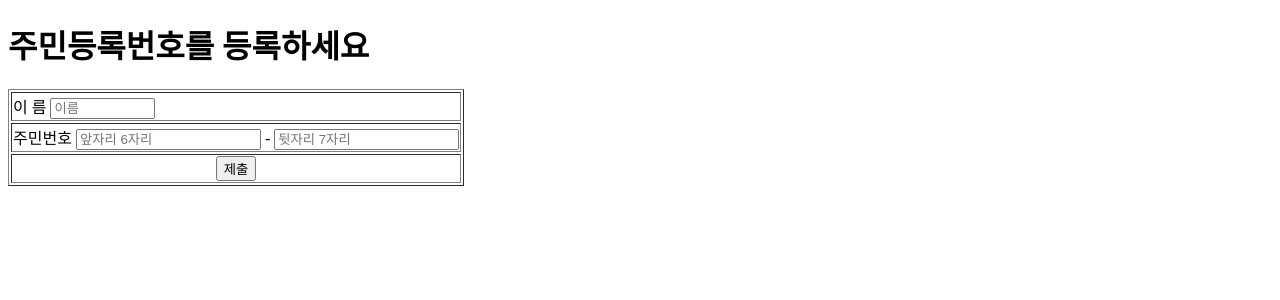
Repository: Jamikidu/newJsp
Page: http://localhost/jspProj/redirectExam/input.jsp
An editor plug-in stored every save of this project. The page is shown before and after the next save, followed by the edit.
The browser window is 1280 px wide. The pictures show the whole page.
The page is served by Tomcat 9.

Above is the page before, as saved 2023-08-02 11:25:38.

After the next save:
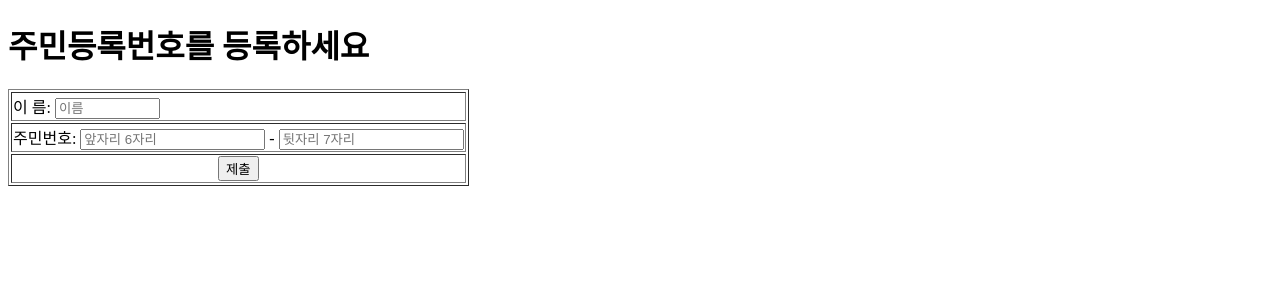
Saved 11 s later.
--- a/jspProj/src/main/webapp/redirectExam/input.jsp
+++ b/jspProj/src/main/webapp/redirectExam/input.jsp
@@ -11,10 +11,10 @@
 <form action="output.jsp" method="post">
 <table border="">
 	<tr>
-		<td>이 름 <input type="text" name="name" placeholder="이름" size="10"></td>  <!-- size로 인풋상자 크기 설정 -->
+		<td>이 름: <input type="text" name="name" placeholder="이름" size="10"></td>  <!-- size로 인풋상자 크기 설정 -->
 	</tr>
 	<tr>
-		<td>주민번호 <input type="text" name="frontNum" placeholder="앞자리 6자리" maxlength="6"> - <!-- maxlength로 글자수 제한 -->
+		<td>주민번호: <input type="text" name="frontNum" placeholder="앞자리 6자리" maxlength="6"> - <!-- maxlength로 글자수 제한 -->
 				   <input type="text" name="backNum" placeholder="뒷자리 7자리" maxlength="7"></td>
 	</tr>
 	<tr>
